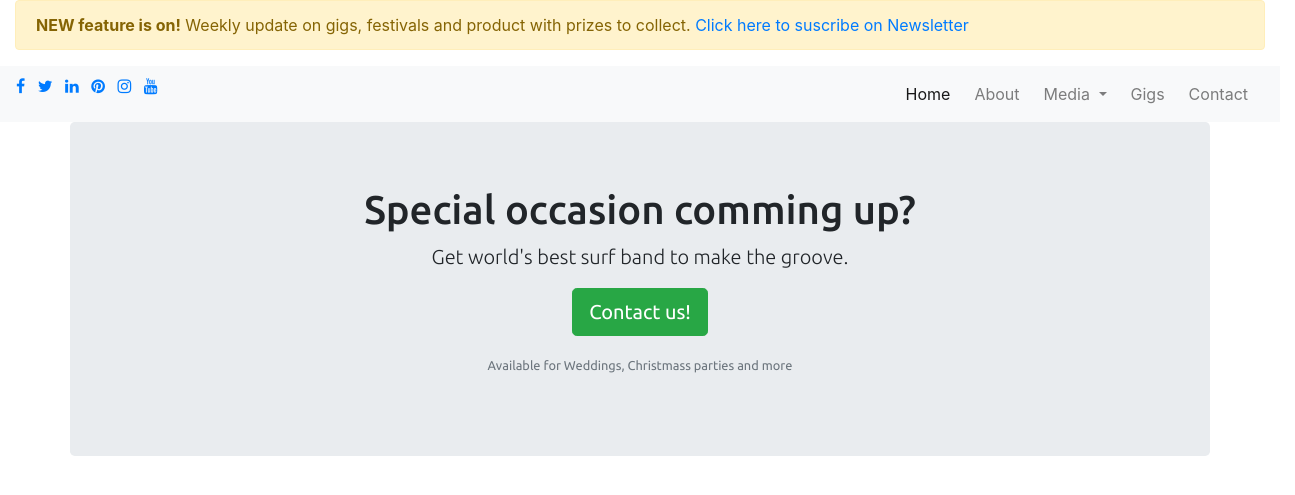
Repository: NamcorStudent/Stream_1_Project_HTML5-CSS3
Page: index.html
The author's editor kept a record of every edit. The page is drawn from the files as they stood at one moment, then again after the next edit.
The browser window is 1280 px wide. The page is 1280 px wide, then 1295 px, so the pictures cover 1295 px, including what lies to the right of the window. The pictures show the whole page.
Some web libraries are served in a nearby version.

Above is the page before.

### index.html
<!DOCTYPE html>
<html lang="en">

<head>
    <meta charset="UTF-8">
    <meta name="viewport" content="width=device-width, initial-scale=1.0">
    <meta http-equiv="X-UA-Compatible" content="ie=edge">
    <link rel="stylesheet" href="https://maxcdn.bootstrapcdn.com/bootstrap/4.2.1/css/bootstrap.min.css" type="text/css" />
    <link rel="stylesheet" href="https://maxcdn.bootstrapcdn.com/font-awesome/4.7.0/css/font-awesome.min.css" type="text/css" />
    <link rel="stylesheet" href="assets/css/style.css" type="text/css" />
    <title>The Bambi Molesters | Official</title>
</head>

<body>
 <!--Alert for subscription-->
    <div class="container-fluid alert-container">
        <div class="row d-none d-sm-block">
            <div class="col-12">
                <div class="alert alert-warning">
                    <strong>NEW feature is on!</strong> Weekly update on gigs, festivals and product with prizes to collect. <a href="#" data-toggle="modal" data-target="#signUpModal">Click here to suscribe on Newsletter</a>
                </div>
            </div>
        </div>
    </div>
    <!--Nav-->
    <nav class="navbar navbar-light navbar-expand-sm bg-light">
        <div class="social-links mr-auto">
            <ul class="list-inline social-links">
                <li class="list-inline-item">
                    <a target="_blank" href="#">
                            <i class="fa fa-facebook" aria-hidden="true"></i>
                            <span class="sr-only">Facebook</span>
                        </a>
                </li>
                <li class="list-inline-item">
                    <a target="_blank" href="#">
                            <i class="fa fa-twitter" aria-hidden="true"></i>
                            <span class="sr-only">Twitter</span>
                        </a>
                </li>
                <li class="list-inline-item">
                    <a target="_blank" href="#">
                            <i class="fa fa-linkedin" aria-hidden="true"></i>
                            <span class="sr-only">LinkedIn</span>
                        </a>
                </li>
                <li class="list-inline-item">
                    <a target="_blank" href="#">
                            <i class="fa fa-pinterest" aria-hidden="true"></i>
                            <span class="sr-only">Pinterest</span>
                        </a>
                </li>
                <li class="list-inline-item">
                    <a target="_blank" href="#">
                            <i class="fa fa-instagram" aria-hidden="true"></i>
                            <span class="sr-only">Instagram</span>
                        </a>
                </li>
                <li class="list-inline-item">
                    <a target="_blank" href="#">
                            <i class="fa fa-youtube" aria-hidden="true"></i>
                            <span class="sr-only">YouTube</span>
                        </a>
                </li>
            </ul>
        </div>
        <button class="navbar-toggler" type="button" data-toggle="collapse" data-target="#navbarTogglerDropdown" aria-controls="navbarTogglerDemo02" aria-expanded="false" aria-label="Toggle navigation">
            <span class="navbar-toggler-icon"></span>
            </button>

        <div class="collapse navbar-collapse" id="navbarTogglerDropdown">
            <ul class="navbar-nav ml-auto">
                <li class="active nav-item mr-2"><a class="nav-link" href="/">Home</a></li>
                <li class="nav-item mr-2"><a class="nav-link" href="">About</a></li>
                <li class="nav-item dropdown mr-2">
                    <a class="nav-link dropdown-toggle" href="#" id="navbarDropdownMenuLink" role="button" data-toggle="dropdown" aria-haspopup="true" aria-expanded="false">
          Media
        </a>
                    <div class="dropdown-menu" aria-labelledby="navbarDropdownMenuLink">
                        <a class="dropdown-item" href="#">Video</a>
                        <a class="dropdown-item" href="#">Music</a>
                        <a class="dropdown-item" href="#">Gallery</a>
                    </div>
                </li>
                <li class="nav-item mr-2"><a class="nav-link" href="">Gigs</a></li>
                <li class="nav-item mr-2"><a class="nav-link" href="">Contact</a></li>
                <li class="nav-item mr-2 d-block d-sm-none"><a class="nav-link" href="#" data-toggle="modal" data-target="#signUpModal">Suscribe!!!</a></li>
            </ul>
        </div>
    </nav>


    <!-- Callout -->
    <div class="container callout-container">
        <div class="row">
            <section class=" col-12 callout jumbotron text-center">
                <h1>Special occasion comming up?</h1>
                <p class="lead">Get world's best surf band to make the groove.</p>
                <p><button class="btn btn-lg btn-success" data-toggle="modal" data-target="#signUpModal">Contact us!</button></p>
                <p class="text-muted"><small>Available for Weddings, Christmass parties and more</small></p>
            </section>
        </div>
    </div>
    <!-- /.callout -->

    <!---Modal for subscription-->
    <div class="modal" tabindex="-1" role="dialog" id="signUpModal">
        <div class="modal-dialog" role="document">
            <div class="modal-content">
                <div class="modal-header">
                    <h5 class="modal-title">Sign Up To Whiskey Drop!</h5>
                    <button type="button" class="close" data-dismiss="modal" aria-label="Close">
          <span aria-hidden="true">&times;</span>
        </button>
                </div>
                <div class="modal-body">
                    <form>
                        <div class="form-group">
                            <label for="exampleInputEmail1">Email address</label>
                            <input type="email" class="form-control" id="exampleInputEmail1" aria-describedby="emailHelp" placeholder="Enter email">
                            <small id="emailHelp" class="form-text text-muted">We'll never share your email with anyone else.</small>
                        </div>
                        <div class="form-group">
                            <label for="password">Password</label>
                            <input type="password" class="form-control" id="password" placeholder="Password">
                        </div>
                        <div class="form-group">
                            <label for="repeatPassword">Repeat Password</label>
                            <input type="password" class="form-control" id="repeatPassword" placeholder="Repeat Password">
                        </div>
                        <button type="submit" class="btn btn-success">Submit</button>
                    </form>
                </div>
            </div>
        </div>
    </div>

    <script src="https://code.jquery.com/jquery-3.3.1.slim.min.js" integrity="sha384-q8i/X+965DzO0rT7abK41JStQIAqVgRVzpbzo5smXKp4YfRvH+8abtTE1Pi6jizo" crossorigin="anonymous"></script>
    <script src="https://cdnjs.cloudflare.com/ajax/libs/popper.js/1.14.7/umd/popper.min.js" integrity="sha384-UO2eT0CpHqdSJQ6hJty5KVphtPhzWj9WO1clHTMGa3JDZwrnQq4sF86dIHNDz0W1" crossorigin="anonymous"></script>
    <script src="https://stackpath.bootstrapcdn.com/bootstrap/4.3.1/js/bootstrap.min.js" integrity="sha384-JjSmVgyd0p3pXB1rRibZUAYoIIy6OrQ6VrjIEaFf/nJGzIxFDsf4x0xIM+B07jRM" crossorigin="anonymous"></script>
</body>

</html>

### assets/css/style.css
@import url('https://fonts.googleapis.com/css?family=Oswald:100,200,300,400,500,600,700,800,900 | Ubuntu: 100,200,300,400,500,600,700,800,900');

.jumbotron{
    font-family: "Ubuntu", sans-serif;
    font-weight: 900;
}

After the next edit:
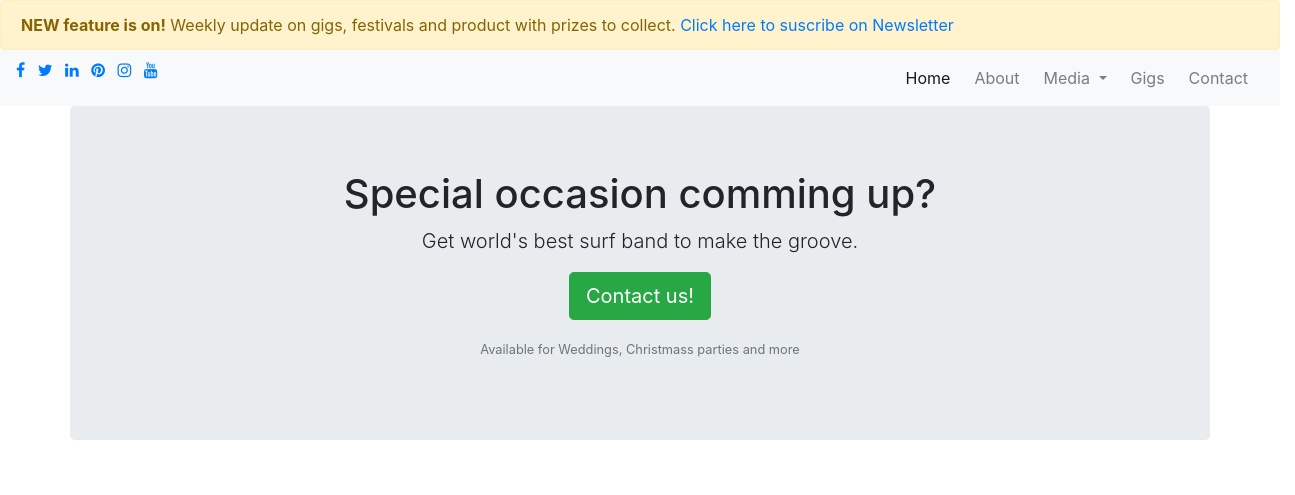
The edit:
--- a/assets/css/style.css
+++ b/assets/css/style.css
@@ -1,6 +1,11 @@
 @import url('https://fonts.googleapis.com/css?family=Oswald:100,200,300,400,500,600,700,800,900 | Ubuntu: 100,200,300,400,500,600,700,800,900');
 
-.jumbotron{
-    font-family: "Ubuntu", sans-serif;
-    font-weight: 900;
+.alert-container{
+    padding: 0;
+    margin: 0;
+    border: 0;
 }
+
+.alert-warning{
+    margin: 0;
+}
